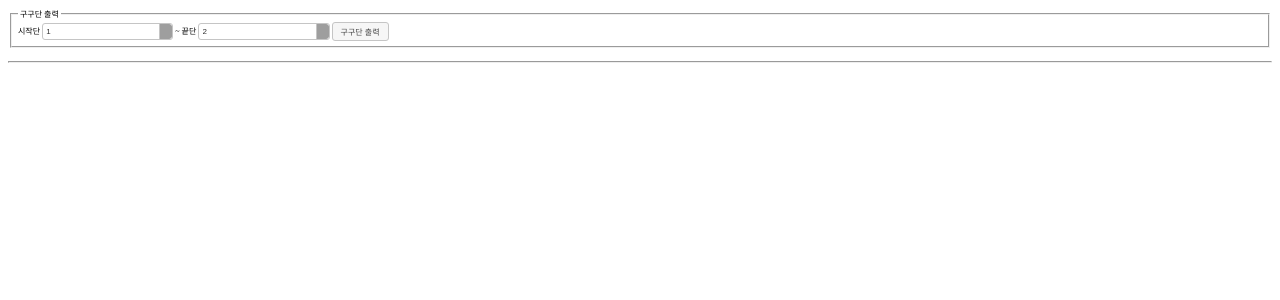
Repository: KYJIN1024/kic_jquery
Page: http://localhost/jQueryUIEx03/zipcode02.jsp
The author's editor kept a copy of each file at every save. The page is drawn from the files as they stood at one save, then again after the next save.
The browser window is 1280 px wide. The pictures show the whole page.
Pictures or frames that could not be fetched are drawn as grey boxes. The page is served by Tomcat 9.

Above is the page before, as saved 2023-05-17 03:33:59.

After the next save:
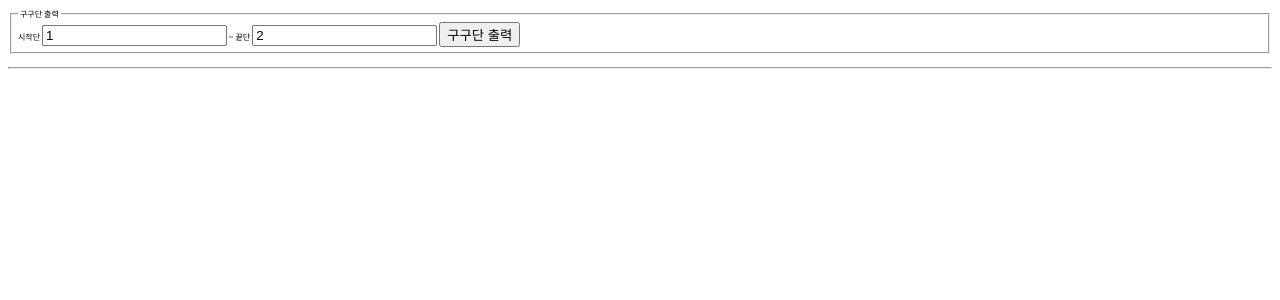
Console error: SyntaxError: missing ) after argument list
Saved 6 min 41 s later.
--- a/jQueryUIEx03/src/main/webapp/zipcode02.jsp
+++ b/jQueryUIEx03/src/main/webapp/zipcode02.jsp
@@ -15,10 +15,30 @@
 <script src="./js/jquery-ui.js"> </script>
 <script>
 	$( document ).ready( function(){
+		$('#btn').click(function(){
+		  const startDan = $("#startdan").val();
+		  const endDan = $("#enddan").val();
+
+		}
+
 		$('#start').spinner();
 		$('#end').spinner();
-		$('#btn').button();
 
+		if(startDan > endDan ){
+			alert("시작단은 반드시 끝단보다 작아야 합니다.")
+			return;
+		}
+
+		let result ="";
+
+		for(let i=startDan; i<=endDan; i++){
+			result += "<p>" + i + "단</p>";
+			for(let j=1; j<=9; j++ ){
+				result += "<p>" + i + " x " + j + "=" + i*j +"</p>";
+			}
+			result += "<br/>";
+		}
+		$("#result").html(result);
 	});
 
 
